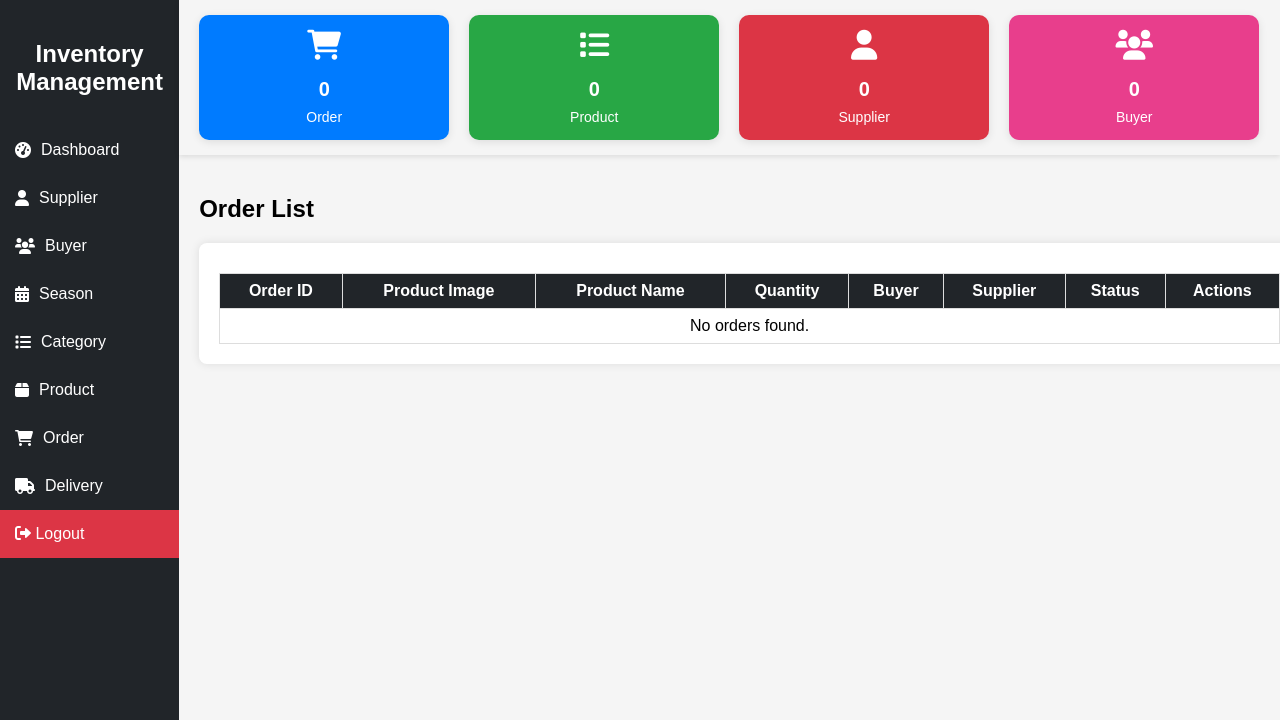
Repository: Fail2/Inventory_Management
Page: http://localhost/accounts/admin/orders/
These files come from the project's save history. The page is drawn as it stood at one moment and after the next save; the edit follows.
The browser window is 1280 px wide. The pictures show the whole page.
The page is served by the project's application, run on Django 5.2 (inventory_management/manage.py). A made-up administrator, testuser (Test User, test@example.com), is signed in. Queries for data that is not in the repository find no rows.

Above is the page before, as saved 2025-05-03 12:35:22.

After the next save:
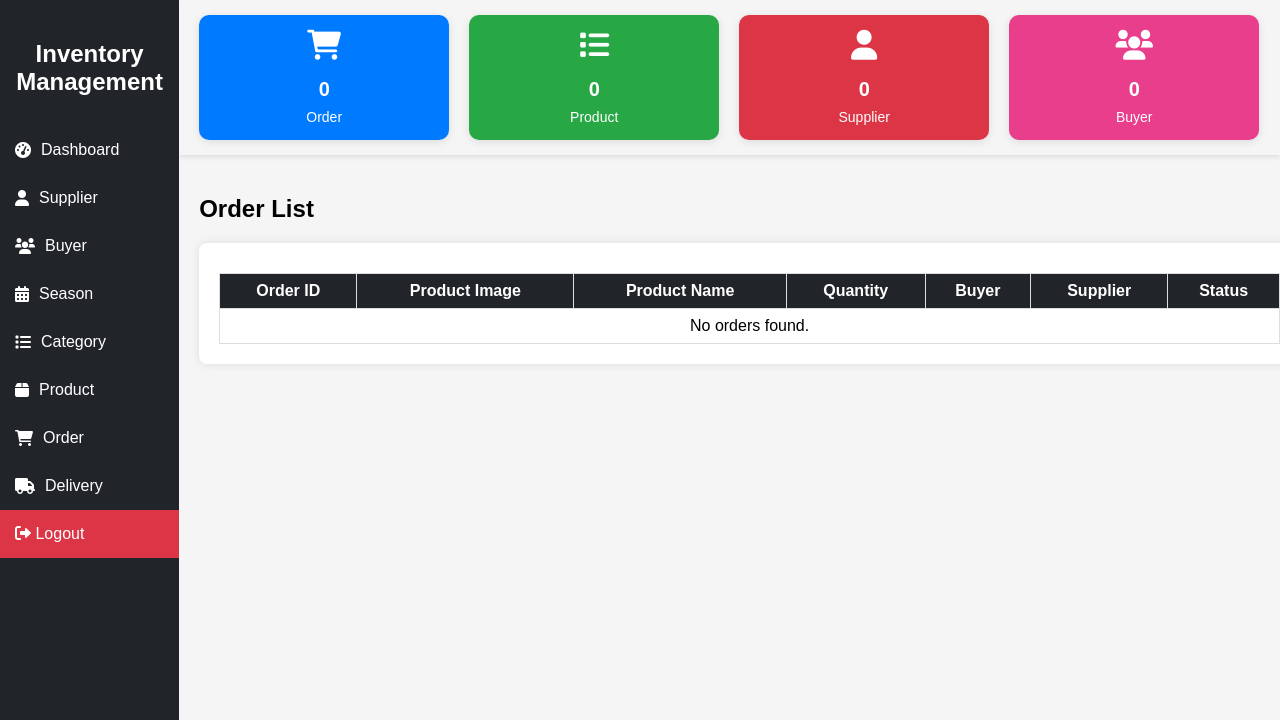
Saved 2 min 23 s later.
--- a/inventory_management/accounts/templates/accounts/admin_order_list.html
+++ b/inventory_management/accounts/templates/accounts/admin_order_list.html
@@ -15,7 +15,6 @@
                 <th>Buyer</th>
                 <th>Supplier</th>
                 <th>Status</th>
-                <th>Actions</th>
             </tr>
         </thead>
         <tbody>
@@ -30,8 +29,8 @@
                 <td>{{ order.quantity }}</td>
                 <td>{{ order.buyer.full_name }}</td>
 
-                <!-- Corrected column span to 8 for full table width -->
-                <td colspan="3">
+                <!-- Updated cell to include form, no longer under "Actions" column -->
+                <td colspan="2">
                     <form method="post" style="display: flex; gap: 10px; align-items: center;">
                         {% csrf_token %}
                         <input type="hidden" name="order_id" value="{{ order.id }}">
@@ -61,7 +60,7 @@
             </tr>
             {% empty %}
             <tr>
-                <td colspan="8">No orders found.</td>
+                <td colspan="7">No orders found.</td>
             </tr>
             {% endfor %}
         </tbody>
